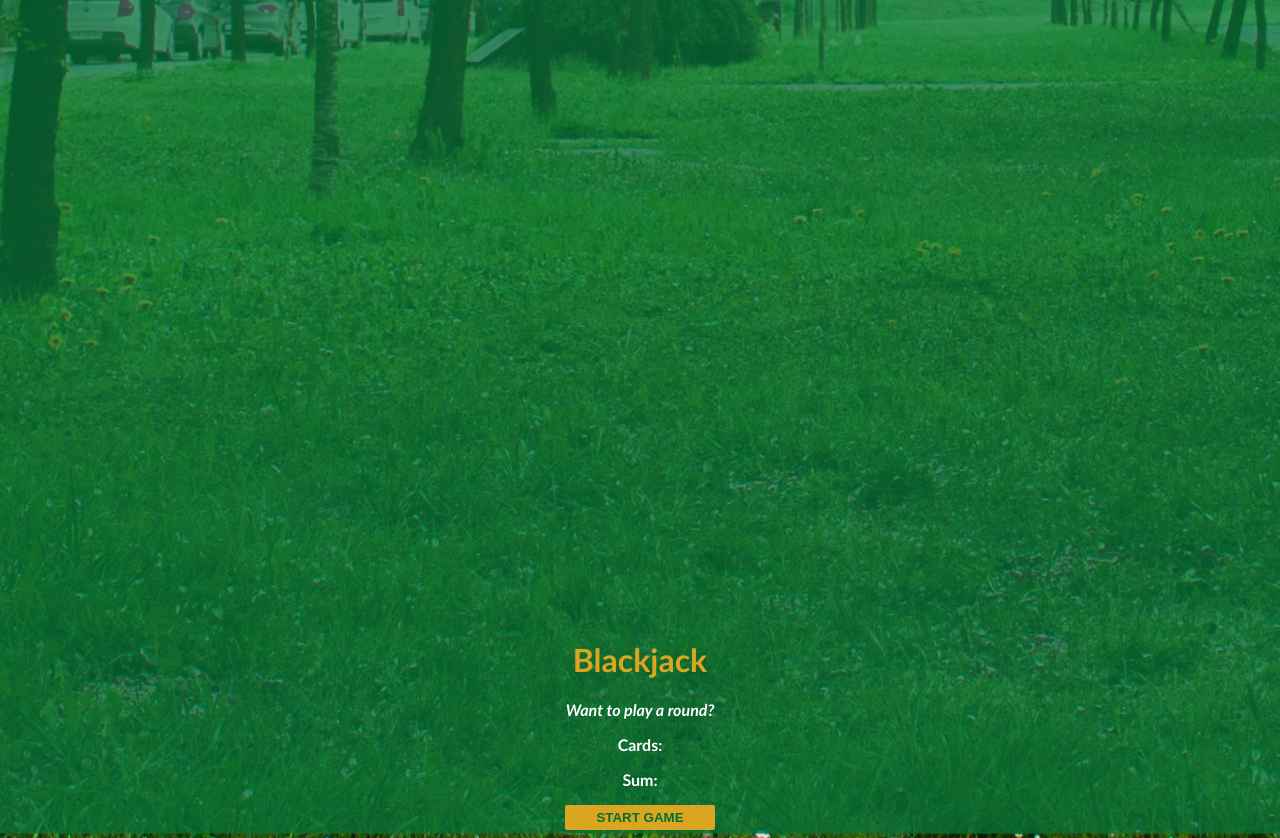
Repository: Samkiroko/black_jack
Page: index.html
The author's editor kept a copy of each file at every save. The page is drawn from the files as they stood at one save, then again after the next save.
The browser window is 1280 px wide. The pictures show the whole page.

Above is the page before, as saved 2022-04-29 14:46:19.

After the next save:
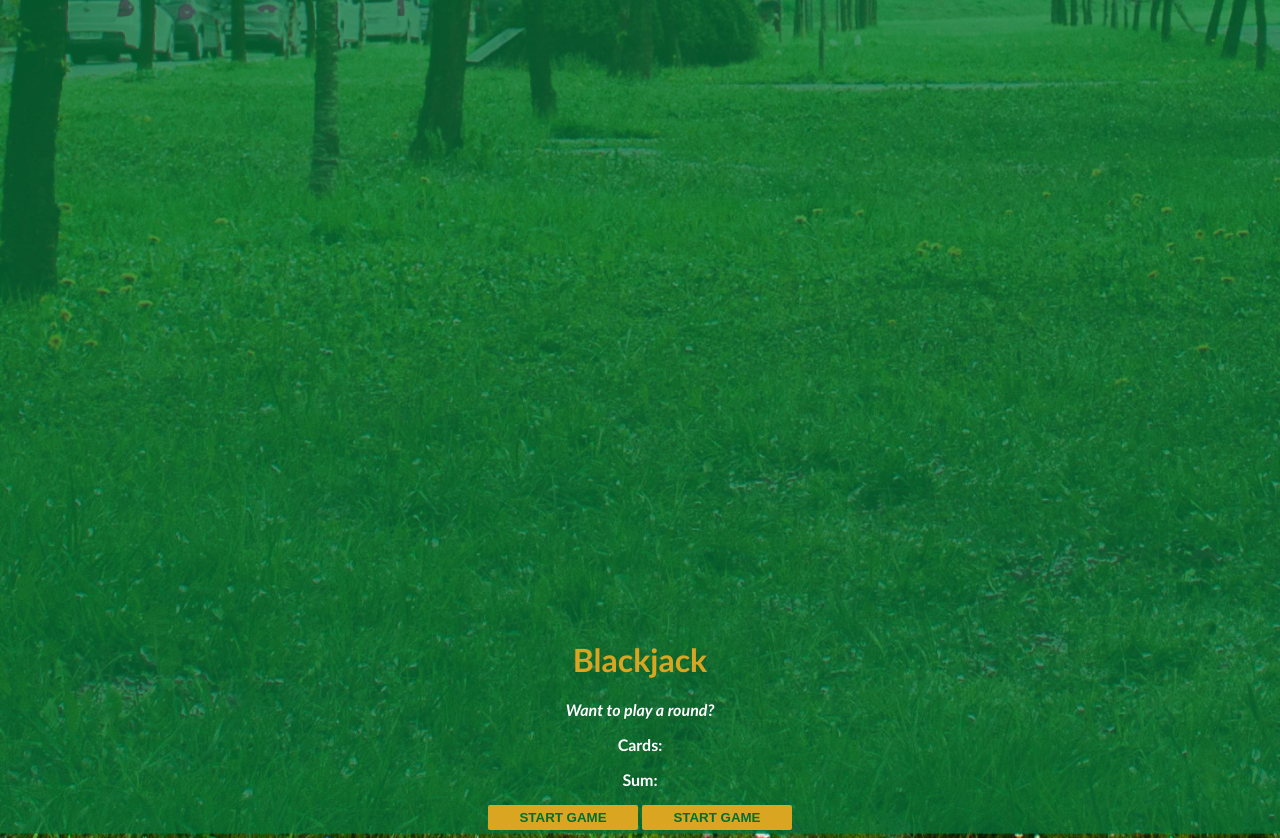
Saved 5 min 14 s later.
--- a/index.html
+++ b/index.html
@@ -10,6 +10,7 @@
     <p id="cards-el">Cards:</p>
     <p id="sum-el">Sum:</p>
     <button onclick="startGame()">START GAME</button>
+    <button onclick="startGame()">START GAME</button>
     <!-- 1. Create a NEW CARD button, make it run newCard() on click -->
     <script src="index.js"></script>
 </body>
